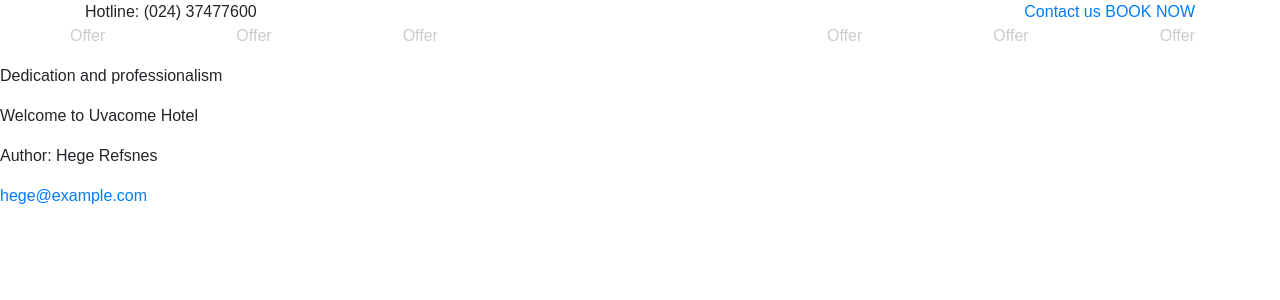
Repository: heishung/project-booking
Page: index.html
The author's editor kept a copy of each file at every save. The page is drawn from the files as they stood at one save, then again after a run of saves.
The browser window is 1280 px wide. The pictures show the whole page.
Some web fonts or font styles are not loaded; a fallback is used. The style sheet was rebuilt from its Sass, Less or Tailwind sources for each picture, by a compiler version that may differ from the author's.

Above is the page before, as saved 2020-11-19 23:38:25.
Console error (its wording comes from the project's code and is left out).

After the next 2 saves:
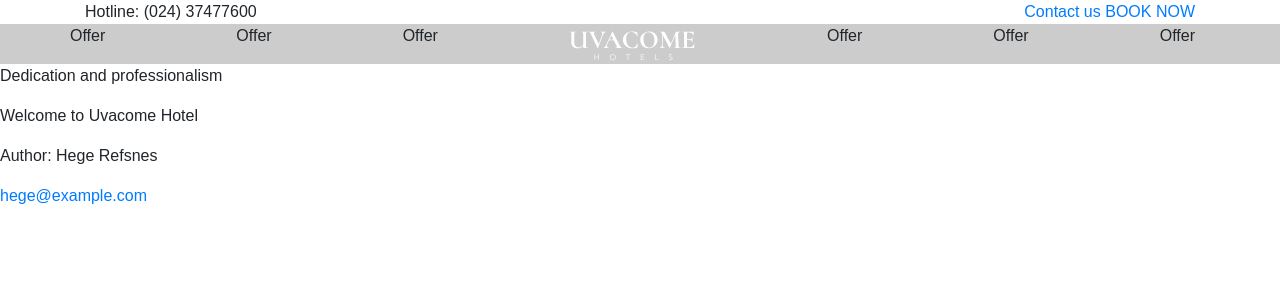
The 2 saves are shown as one change because 1 did not build or start.
The last was saved 61 s later.
--- a/css/style.scss
+++ b/css/style.scss
@@ -37,8 +37,17 @@ body {
 }
 
 /* varible*/
+$color-1: #CCCCCC;
+$color-2: #13135E;
+$color-3:#B4C3D4;
+$color-4: #333333;
+$color-5:#FFF6EB;
+$color-6:#999999;
+$color-7:#9A8C60;
+$primary-color: #333;
+
 .color-pink1 {
-    color: varible.$color-1
+    background-color: $color-1;
 }
 
 ;
